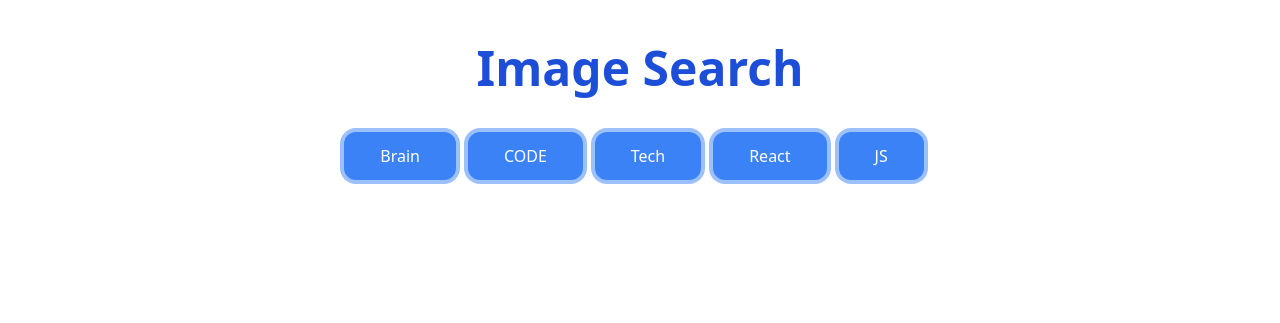
Repository: rkrukshan/react-image-gallery
Page: /
The author's editor kept a copy of each file at every save. The page is drawn from the files as they stood at one save, then again after a run of saves.
The browser window is 1280 px wide. The pictures show the whole page.
The project was rebuilt for these pictures with package versions that can differ from the ones it lists, and the page was loaded fresh each time. Also part of the build but not shown: vite.config.js.

Above is the page before, as saved 2025-01-07 13:12:15.

After the next 2 saves:
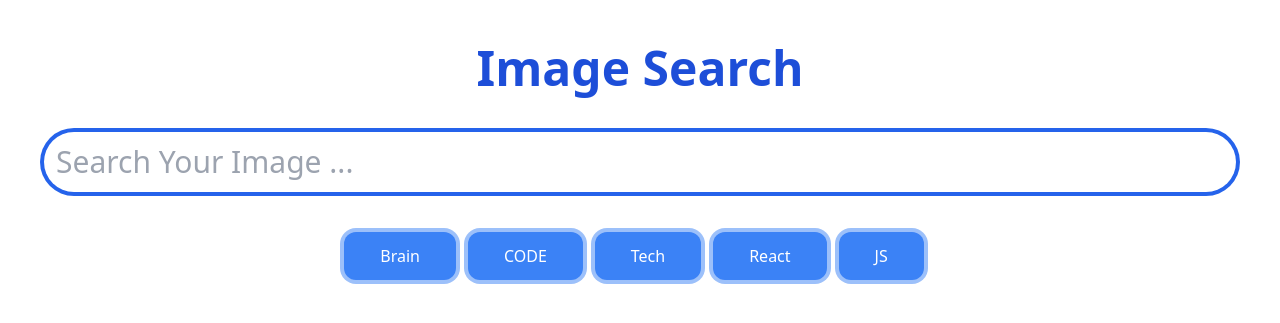
The 2 saves are shown as one change because they came seconds apart.
The last was saved 8 s later.
--- a/src/assets/components/Gallery.jsx
+++ b/src/assets/components/Gallery.jsx
@@ -5,7 +5,13 @@ export default function Gallery() {
         Image Search
       </h1>
       <div className="mt-10 text-3xl text-center">
-        <form action=""></form>
+        <form action="">
+        <input
+          type="search"
+          placeholder="Search Your Image ..."
+          className="w-full rounded-full ring-4 ring-blue-600 p-3"
+        />
+        </form>
       </div>
       <div className="flex justify-center mt-10">
         <button className="btn">Brain</button>
